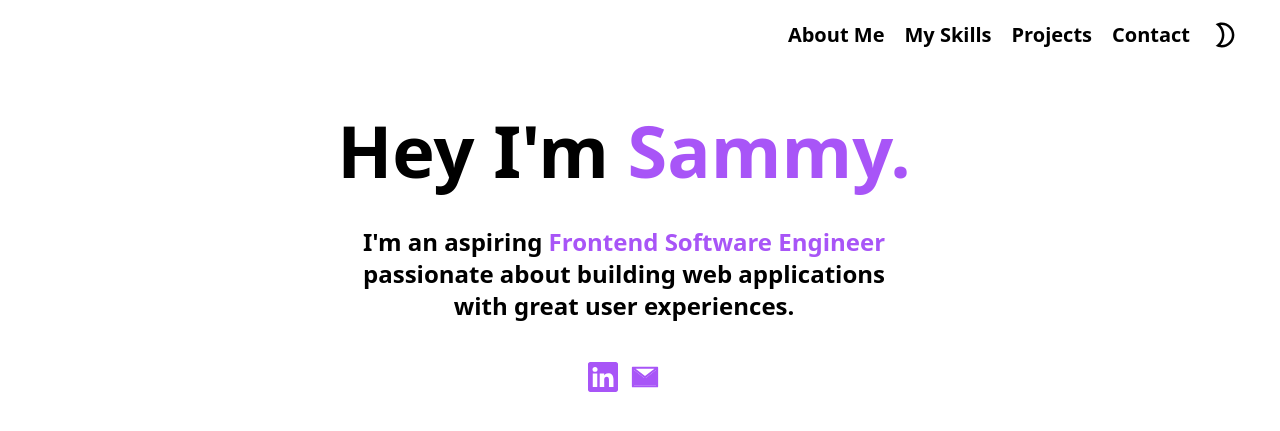
Repository: Al123Kudayyd/e-portfolio
Page: /
These files come from the project's save history. The page is drawn as it stood at one moment and after the next save; the edit follows.
The browser window is 1280 px wide. The pictures show the whole page.
The project was rebuilt for these pictures with package versions that can differ from the ones it lists, and the page was loaded fresh each time. The framework's server and built-in components were replaced by stand-ins that run in the browser. Also part of the build but not shown: next.config.js.

Above is the page before, as saved 2023-06-06 23:20:20.

After the next save:
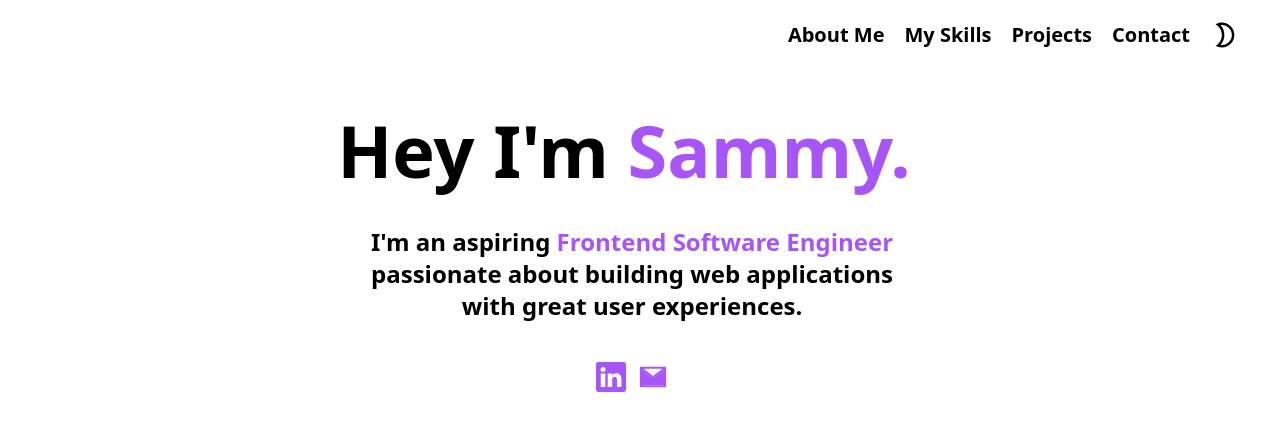
Saved 4 s later.
--- a/components/Info.tsx
+++ b/components/Info.tsx
@@ -4,7 +4,7 @@ import { AiTwotoneMail } from 'react-icons/ai'
 function Info() {
   return (
     <div className="overflow-hidden">
-        <div className="space-y-10 my-11 flex-col text-center justify-center items-center">
+        <div className="space-y-10 my-11 flex-col text-center justify-center items-center space-x-4">
           <h1 className="text-7xl font-bold">Hey I'm <span className="text-purple-500">Sammy.</span></h1>
           <h3 className="text-2xl font-semibold">I'm an aspiring <span className="text-purple-500">Frontend Software Engineer</span> <br /> passionate about building web applications <br /> with great user experiences.</h3>
           <div className="flex justify-center items-center space-x-3 text-3xl text-purple-500">
